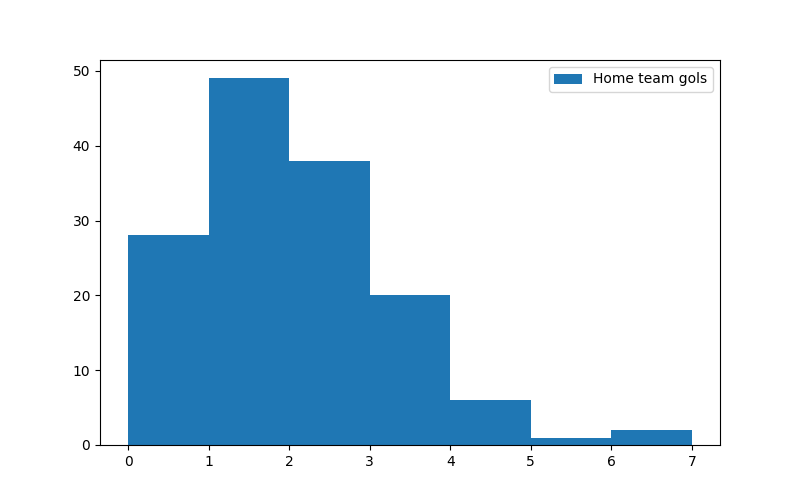
Repository: nelsonalexandrino/python_matplotlib_datavisualization_
Script's output: python Histograms.py
An editor plug-in stored every save of this project. The script's output is shown before and after the next save, followed by the edit.
Random numbers start from a fixed seed.

Above is the script's output before, as saved 2019-08-25 12:48:18.

After the next save:
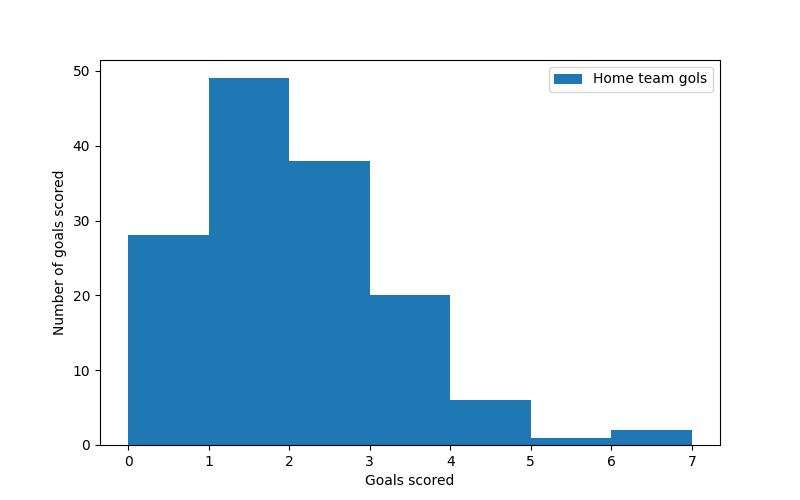
Saved 43 s later.
--- a/Histograms.py
+++ b/Histograms.py
@@ -11,4 +11,6 @@ pyplot.figure(figsize=(8, 5))
 pyplot.hist(HomeTeamGoals, bins=range(8),
             label='Home team gols')
 pyplot.legend()
+pyplot.xlabel('Goals scored')
+pyplot.ylabel('Number of goals scored')
 pyplot.show()
